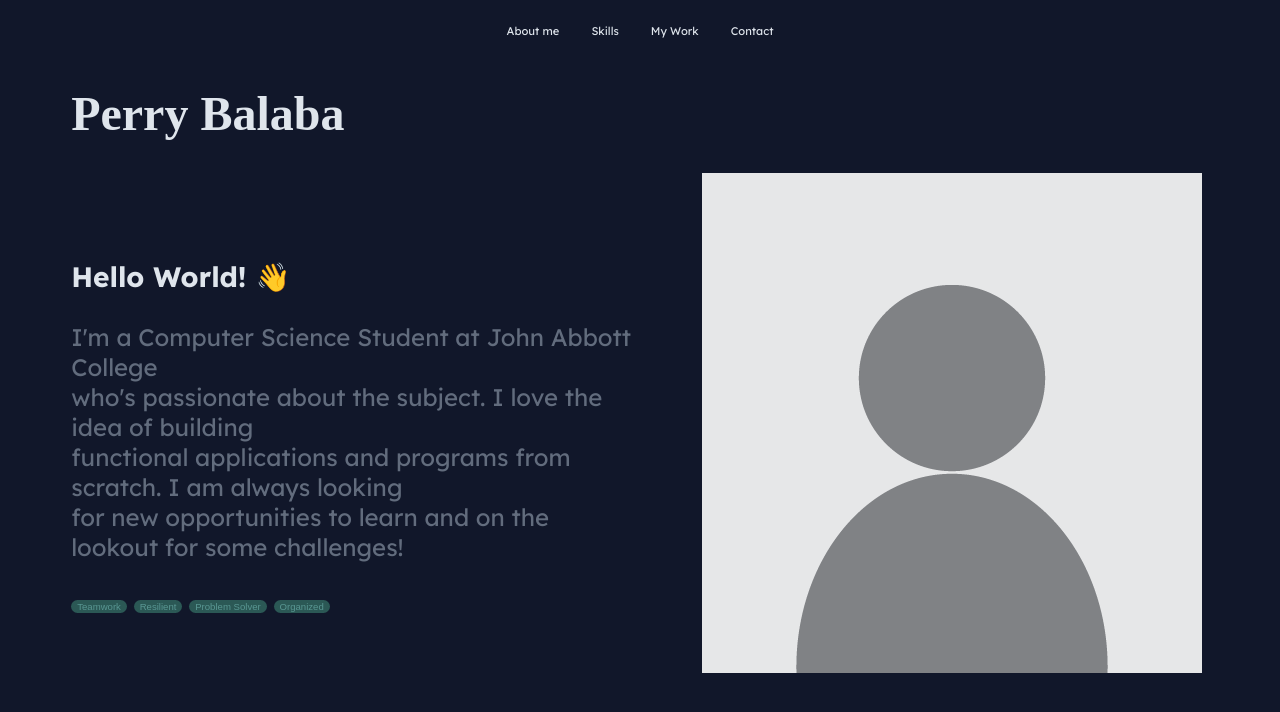
Repository: perrybalaba/perrybalaba
Page: index.html
The author's editor kept a copy of each file at every save. The page is drawn from the files as they stood at one save, then again after the next save.
The browser window is 1280 px wide. The pictures show the whole page.
Some web fonts or font styles are not loaded; a fallback is used.

Above is the page before, as saved 2026-04-24 18:34:50.

After the next save:
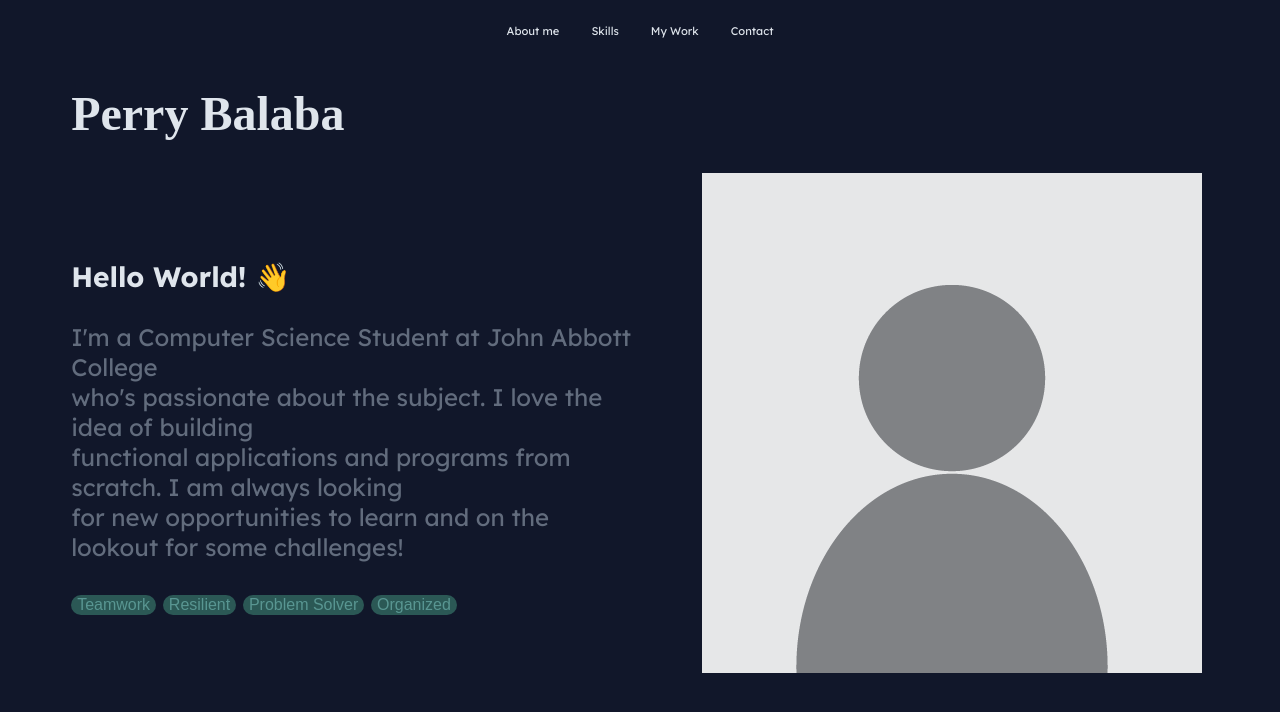
Saved 17 s later.
--- a/styles/index.css
+++ b/styles/index.css
@@ -61,7 +61,7 @@ nav ul li a:hover {
     transition-duration: 0.2s;
     max-width: 100%;
     height: 10%;
-    font-size: 0.6rem;
+    font-size: 1rem;
     border: none;
     outline: none;
 }
